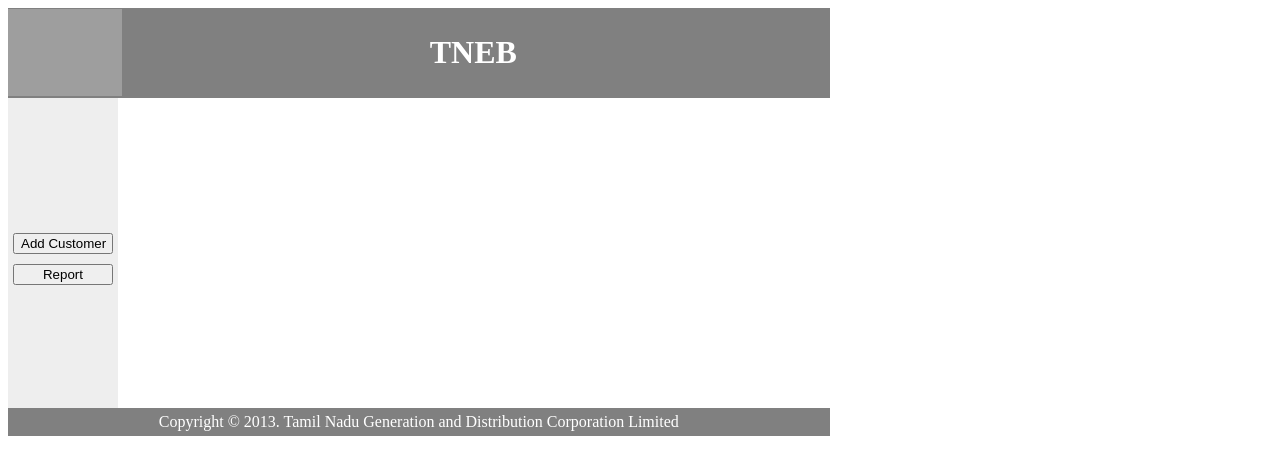
Repository: vjbrocode/Hackathon
Page: http://localhost/TNEB_billing/BillReport.jsp
The author's editor kept a copy of each file at every save. The page is drawn from the files as they stood at one save, then again after the next save.
The browser window is 1280 px wide. The pictures show the whole page.
Empty fields were first filled with sample values (such as "Sample", 5 or name@example.com).
After loading, the first visible `input` was clicked once.
Pictures or frames that could not be fetched are drawn as grey boxes. Some web libraries are served in a nearby version. The page is served by Tomcat 9. Other server files are loaded and not shown.

Above is the page before, as saved 2015-07-03 01:10:59.

### workspace-Pradeep/TNEB billing/WebContent/BillReport.jsp
<%@ page language="java" contentType="text/html; charset=ISO-8859-1"
   pageEncoding="ISO-8859-1"%>
<!DOCTYPE html PUBLIC "-//W3C//DTD HTML 4.01 Transitional//EN" "http://www.w3.org/TR/html4/loose.dtd">
<html>
   <head>
      <meta http-equiv="Content-Type" content="text/html; charset=ISO-8859-1">
      <title>TNEB</title>
      <style>
	     #container{
			width:65%;
		 }
         #header {
         background-color:grey;
         color:white;
         text-align:center;
         padding:5px;
         }
         #nav {
         line-height:30px;
         background-color:#eeeeee;
         height:300px;
         width:100px;
         float:left;
         padding:5px;
         }
         #section {
         width:350px;
         float:left;
         padding:10px;
		  margin-top: 9%;
		  margin-left: 4%;
         }
         #footer {
         background-color:grey;
         color:white;
         clear:both;
         text-align:center;
         padding:5px;
         }
      </style>
   </head>
   <script src="https://ajax.googleapis.com/ajax/libs/jquery/1.11.3/jquery.min.js"></script>
   <script>
   function myfunction(){
     $('#section').html('');
   }
   function myReportfun(){
	   var divhtml = 'Search Customer : <input type="text" value=""  name="report" />';
			   divhtml = divhtml+'<input type="submit" value="Submit" />';
				divhtml = divhtml+'<input type="submit" value="Generate All Reports" name="report" style="margin-top: 11%; margin-left: 30%;" />';
		$('#section').html(divhtml);
   }
   </script>
   <body>
      <form action="serv/bill" method="post">
	  <div id="container">
         <div id="header">
			<img src="C:\Users\Administrator\Desktop\tneblogo.jpg" style="width: 114px; height: 87px; margin-top: -4px; margin-left: -5px; float: left;"/>
            <h1>TNEB</h1>
         </div>
         <div id="nav">
            <input type="button" value="Add Customer" onclick="myfunction();" style="width:100%;margin-top: 130%;">
            <input type="button" value="Report" onclick="myReportfun();" style="width:100%; margin-top: 10%;">
         </div>
         <div id="section">
             Search Customer : <input type="text" value=""  name="report" />
 	         <input type="submit" value="Submit" />
  	         <input type="submit" value="Generate All Reports" name="report" style="margin-top: 11%; margin-left: 30%;" />
         </div>
         <div id="footer">
           Copyright © 2013.  Tamil Nadu Generation and Distribution Corporation Limited
         </div>
		</div>
      </form>
   </body>
</html>

After the next save:
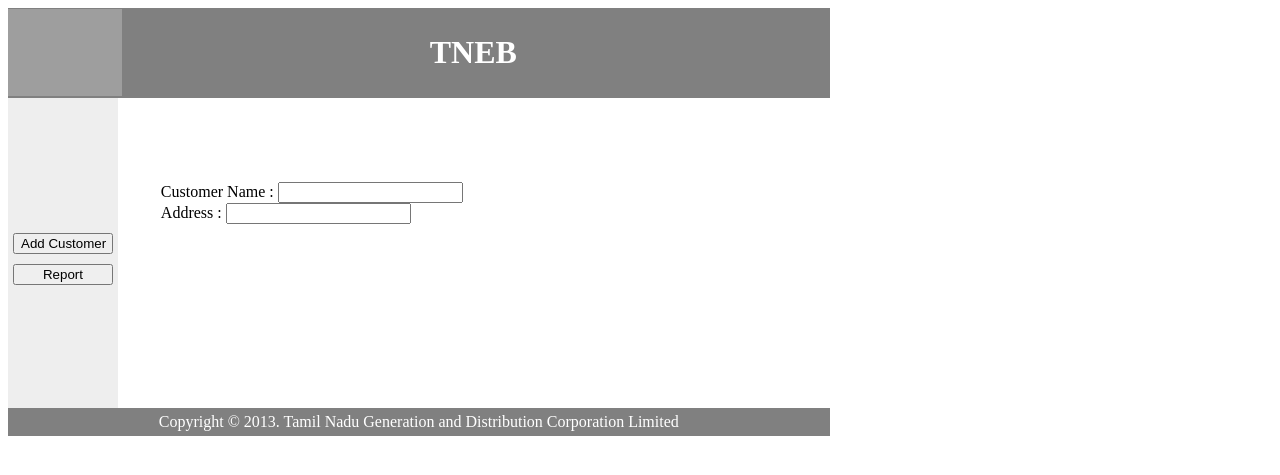
Saved 3 min 32 s later.
--- a/workspace-Pradeep/TNEB billing/WebContent/BillReport.jsp
+++ b/workspace-Pradeep/TNEB billing/WebContent/BillReport.jsp
@@ -42,8 +42,10 @@
    <script src="https://ajax.googleapis.com/ajax/libs/jquery/1.11.3/jquery.min.js"></script>
    <script>
    function myfunction(){
-     $('#section').html('');
-   }
+	    var divHtml = 'Customer Name : <input type="text" name="custName">';
+			divHtml = divHtml+ 'Address : <input type="text" name="address">';
+	     $('#section').html(divHtml);
+	   }
    function myReportfun(){
 	   var divhtml = 'Search Customer : <input type="text" value=""  name="report" />';
 			   divhtml = divhtml+'<input type="submit" value="Submit" />';
